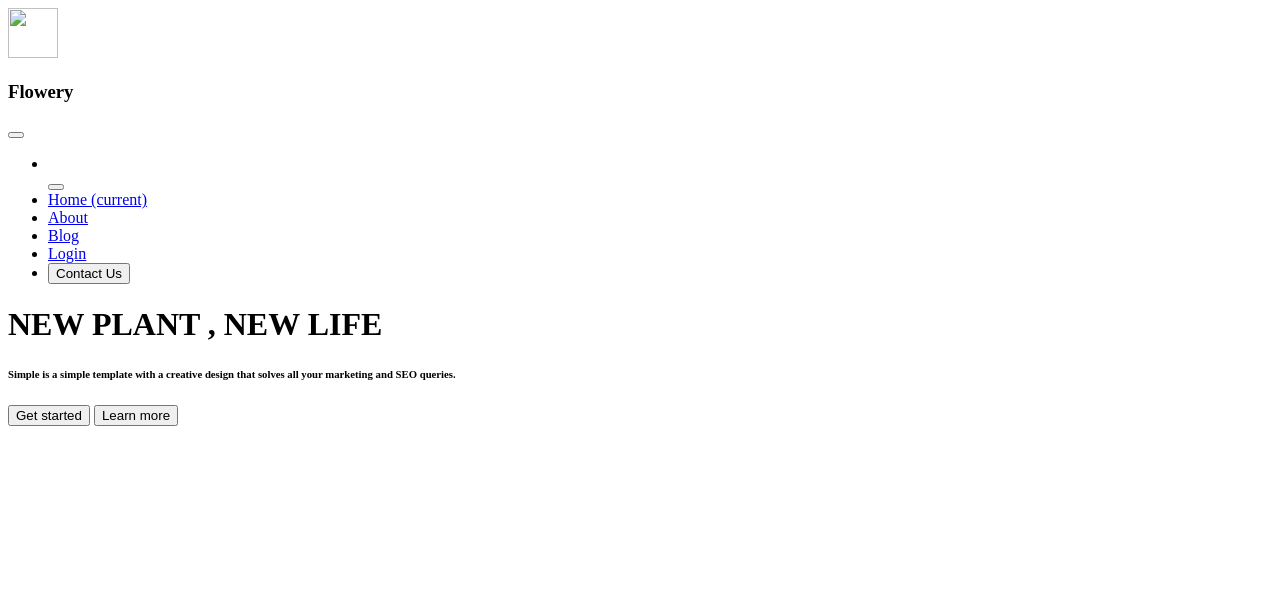
Repository: sara55m/Login
Page: http://localhost/welcome
The author's editor kept a copy of each file at every save. The page is drawn from the files as they stood at one save, then again after the next save.
The browser window is 1280 px wide. The pictures show the whole page.
The page is served by the project's Laravel application, run on PHP 8.4 with Laravel 10.

Above is the page before, as saved 2024-03-03 21:54:08.

After the next save:
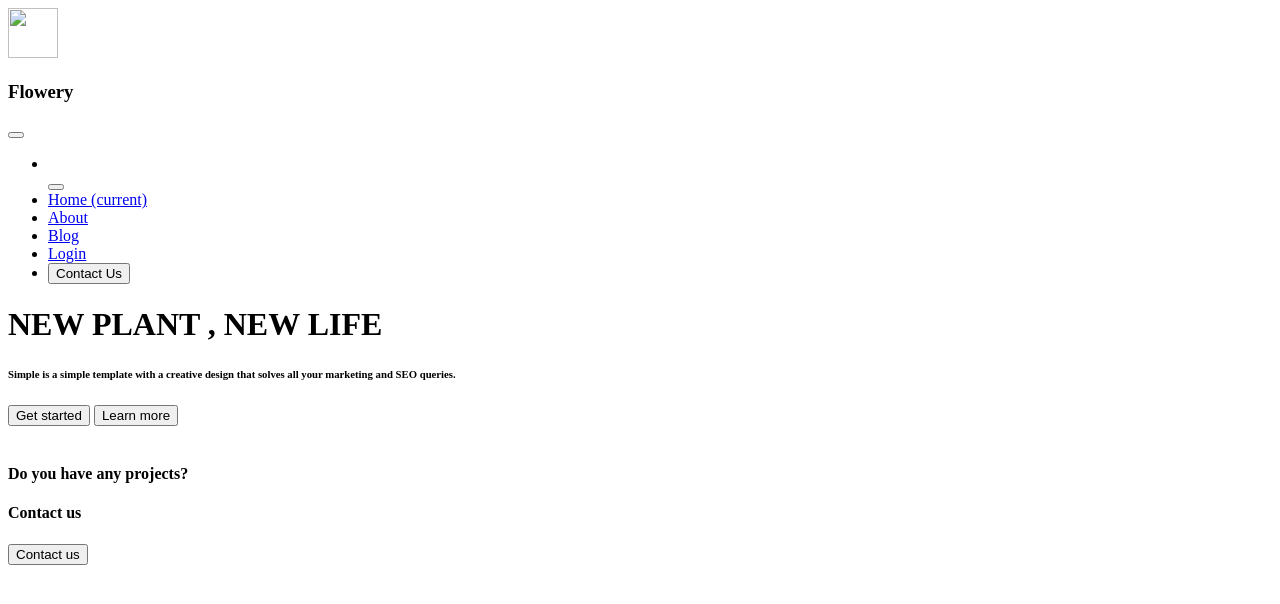
Saved 57 s later.
--- a/resources/views/welcome.blade.php
+++ b/resources/views/welcome.blade.php
@@ -63,6 +63,17 @@
       <img src="images/Group171.svg" alt="" class="img-fluid">
     </div>
   </div>
+  <section class="contact-us" id="contact-section">
+    <div class="contact-us-bgimage grid-margin" >
+      <div class="pb-4">
+        <h4 class="px-3 px-md-0 m-0" data-aos="fade-down">Do you have any projects?</h4>
+        <h4 class="pt-1" data-aos="fade-down">Contact us</h4>
+      </div>
+      <div data-aos="fade-up">
+        <button class="btn btn-rounded btn-outline-danger">Contact us</button>
+      </div>
+    </div>
+  </section>
 
 
 
